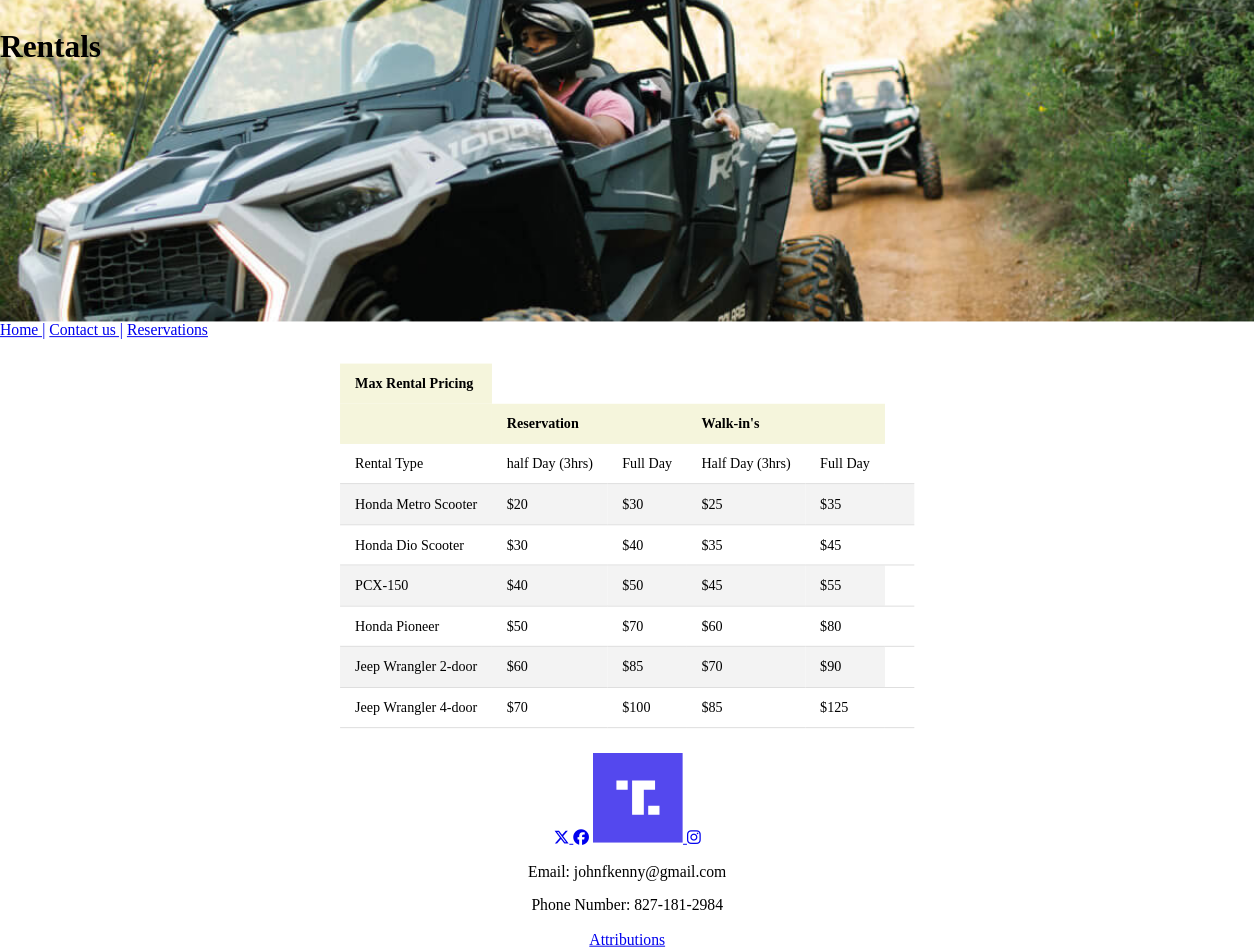
Repository: nak97/WDD230
Page: scoots/rentals-page/rentals-page.html
These files come from the project's save history. The page is drawn as it stood at one moment and after the next save; the edit follows.
The browser window is 1280 px wide. The pictures show the whole page, at 98% of full size.
Some web libraries are served in a nearby version.

Above is the page before, as saved 2023-12-11 17:27:20.

### scoots/rentals-page/rentals-page.html
<!DOCTYPE html>
<html lang="en">
<head>
  <meta charset="UTF-8">
  <meta name="viewport" content="width=device-width, initial-scale=1.0">
  <title>Nick Keen - WDD 230 - Web Frontend Development</title>
  <meta name="description" content="WDD 230 - Nicholas Keen  - Web Frontend Final Project">
  <meta name="author" content="Nicholas Keen">
  <meta property="og:title" content="facebook"/>
  <meta property="og:type" content="website" />
  <meta property="og:url" content="facebook.com" />
  <meta property="og:image" content="images/facebook-meta-tag-pic.png" />
  <link rel="stylesheet" href="styles/base.css">
  <link rel="stylesheet" href="styles/media.css">
  <link rel="stylesheet" href="styles/normalize.css">
</head>
<body>

  <header>
<h1>Rentals</h1>
  </header>

  <nav>
<a href="../home-page/home.html">Home |</a>
<a href="../contact/contact.html">Contact us |</a>
<a href="../reservations/reservations.html">Reservations</a>
  </nav>

  <main>

    <section class="flex-container">
    <table class="content-table">
      <thead>
        <tr>
          <td>  Max Rental Pricing</td></tr>
          <td></td>
          <td colspan="2"> Reservation</td>
          <td colspan="2">Walk-in's</td>
      </tr>
      </thead>
      <tbody>
        <tr>
          <td>Rental Type</td>
          <td>half Day (3hrs)</td>
          <td>Full Day</td>
          <td>Half Day (3hrs)</td>
          <td>Full Day</td>
      </tr>
        <tr>
        <td>Honda Metro Scooter</td>
        <td><span id="price-half-metro"></span></td>
        <td><span id="price-f-metro"></span></td>
        <td><span id="price-h-w"> </span></td>
        <td id="price-f-w"> </td>
        <td></td>
      </tr>
        <tr>
          <td>Honda Dio Scooter</td>
          <td> <span id="dio-h-r"></span></td>
          <td> <span id="dio-f-r"></span></td>
          <td> <span id="dio-h-w"></span></td>
          <td> <span id="dio-f-w"></span></td>
          <td></td>
        </tr>
        <tr>
          <td>PCX-150</td>
          <td> <span id="pcx-h-r"></span></td>
          <td> <span id="pcx-f-r"></span></td>
          <td> <span id="pcx-h-w"></span></td>
          <td> <span id="pcx-f-w"></span></td>
        </tr>
        <tr>
          <td>Honda Pioneer</td>
          <td> <span id="pioneer-h-r"></span></td>
          <td> <span id="pioneer-f-r"></span></td>
          <td> <span id="pioneer-h-w"></span></td>
          <td> <span id="pioneer-f-w"></span></td>
        </tr>
        <tr>
          <td>Jeep Wrangler 2-door</td>
          <td> <span id="jeep-two-h-r"></span></td>
          <td> <span id="jeep-two-f-r"></span></td>
          <td> <span id="jeep-two-h-w"></span></td>
          <td> <span id="jeep-two-f-w"></span></td>
        </tr>
        <tr>
        <td>Jeep Wrangler 4-door</td>
        <td> <span id="jeep-four-h-r"></span></td>
        <td> <span id="jeep-four-f-r"></span></td>
        <td> <span id="jeep-four-h-w"></span></td>
        <td> <span id="jeep-four-f-w"></span></td>
        </tr>






      </tbody>





    </table>



  </section>


















  </main>





<footer>

  <a href="https://twitter.com/" target="_blank" > <i class="fa-brands fa-x-twitter"></i> </a>
  <a href="https://www.facebook.com" target="_blank"><i class="fa-brands fa-facebook"></i></a>
  <a href="https://truthsocial.com/" target="_blank"> <img class="truth-social-icon" src="images/truth-social.svg" alt="truth social"> </a>
  <a href="https://www.instagram.com/" target="_blank"><i class="fa-brands fa-instagram"></i></a>

<section class="info">
<p>Email: johnfkenny@gmail.com</p>
<p>Phone Number: 827-181-2984</p>
<a href="attributions.html" target="_blank">Attributions</a>
</section>


</footer>



<script src="./scripts/pricing.js"></script>
<script src="https://kit.fontawesome.com/615002bc5f.js" crossorigin="anonymous"></script>
</body>


</html>

### scoots/rentals-page/styles/base.css
header {
  background-image: url(../images/OHV-SEO-1152x768.jpg);
  background-repeat: no-repeat;
  height: 20rem;
  background-position: 10% 67%;
  background-size: cover;
  margin-top: 0 ;
  padding-top: 0.5rem;
}


.content-table {
  border-collapse: collapse;
  margin: 25px 0;
  font-size: 0.9em;
  min-width: 400px;
}

.content-table thead tr {
  background-color: beige;
  color: black;
  text-align: left;
  font-weight: bold;
}

.content-table th {

}

.flex-container {
  display: flex;
  justify-content: center;
}


.content-table td{
  padding:12px 15px;
}

.content-table tbody tr {
  border-bottom: 1px solid #dddddd;

}

.content-table tbody tr:nth-of-type(even){
  background-color: #f3f3f3;
}

footer {
  text-align: center;
}

### scoots/rentals-page/scripts/pricing.js
const url = './data/pricing.json'
async function getPrice() {
 const response = await fetch(url);
 const data = await response.json();
 console.log(data)

// metro scooter
 document.getElementById('price-half-metro').innerText = data.reservation[0].hd;
 document.getElementById('price-f-metro').innerText = data.reservation[0].fd ;
 document.getElementById('price-h-w').innerText = data.walk[0].hd;
 document.getElementById('price-f-w').innerText = data.walk[0].fd;

// dio scooter
 document.getElementById('dio-h-r').innerText = data.reservation[1].hd;
 document.getElementById('dio-f-r').innerText = data.reservation[1].fd;
 document.getElementById('dio-h-w').innerText = data.walk[1].hd;
 document.getElementById('dio-f-w').innerText = data.walk[1].fd;

//  pxc150
document.getElementById('pcx-h-r').innerText = data.reservation[2].hd;
document.getElementById('pcx-f-r').innerText = data.reservation[2].fd;
document.getElementById('pcx-h-w').innerText = data.walk[2].hd;
document.getElementById('pcx-f-w').innerText = data.walk[2].fd;

// pioneer
document.getElementById('pioneer-h-r').innerText = data.reservation[3].hd;
document.getElementById('pioneer-f-r').innerText = data.reservation[3].fd;
document.getElementById('pioneer-h-w').innerText = data.walk[3].hd;
document.getElementById('pioneer-f-w').innerText = data.walk[3].fd;

// jeep 2-door
document.getElementById('jeep-two-h-r').innerText = data.reservation[5].hd;
document.getElementById('jeep-two-f-r').innerText = data.reservation[5].fd;
document.getElementById('jeep-two-h-w').innerText = data.walk[5].hd;
document.getElementById('jeep-two-f-w').innerText = data.walk[5].fd;

// jeep 4-door
document.getElementById('jeep-four-h-r').innerText = data.reservation[4].hd;
document.getElementById('jeep-four-f-r').innerText = data.reservation[4].fd;
document.getElementById('jeep-four-h-w').innerText = data.walk[4].hd;
document.getElementById('jeep-four-f-w').innerText = data.walk[4].fd;
}
getPrice();

### scoots/rentals-page/data/pricing.json
{
  "reservation":[
      {
        "type": "Honda Metro Scooter ",
        "hd": "$20",
        "fd": "$30"
      },

      {
        "type": " Honda Dio Scooter",
        "hd": "$30 ",
        "fd": "$40 "
      },

      {
        "type": " Honda CX150 Scooter",
        "hd": "$40 ",
        "fd": "$50 "
      },


      {
        "type": " Honda Pioneer",
        "hd": "$50 ",
        "fd": "$70 "
      },

      {
        "type": " Jeep Wrangler - 4 door with a/c",
        "hd": "$70 ",
        "fd": "$100 "
      },

      {
        "type": " Jeep Wrangler - 2 door ",
        "hd": "$60 ",
        "fd": "$85 "
      }
  ],

  "walk":[
{
  "type": "Honda Metro Scooter ",
  "hd": "$25",
  "fd": "$35"
},

{
  "type": " Honda Dio Scooter",
  "hd": "$35 ",
  "fd": "$45 "
},

{
  "type": " Honda CX150 Scooter",
  "hd": "$45 ",
  "fd": "$55 "
},

{
  "type": " Honda Pioneer",
  "hd": "$60 ",
  "fd": "$80 "
},

{
  "type": " Jeep Wrangler - 4 door with a/c",
  "hd": "$85 ",
  "fd": "$125 "
},

{
  "type": " Jeep Wrangler - 2 door ",
  "hd": "$70 ",
  "fd": "$90 "
}

  ]
}

Loaded but not shown: scoots/rentals-page/styles/normalize.css (library); scoots/rentals-page/styles/media.css (no stored copy; drawn as an empty file)

After the next save:
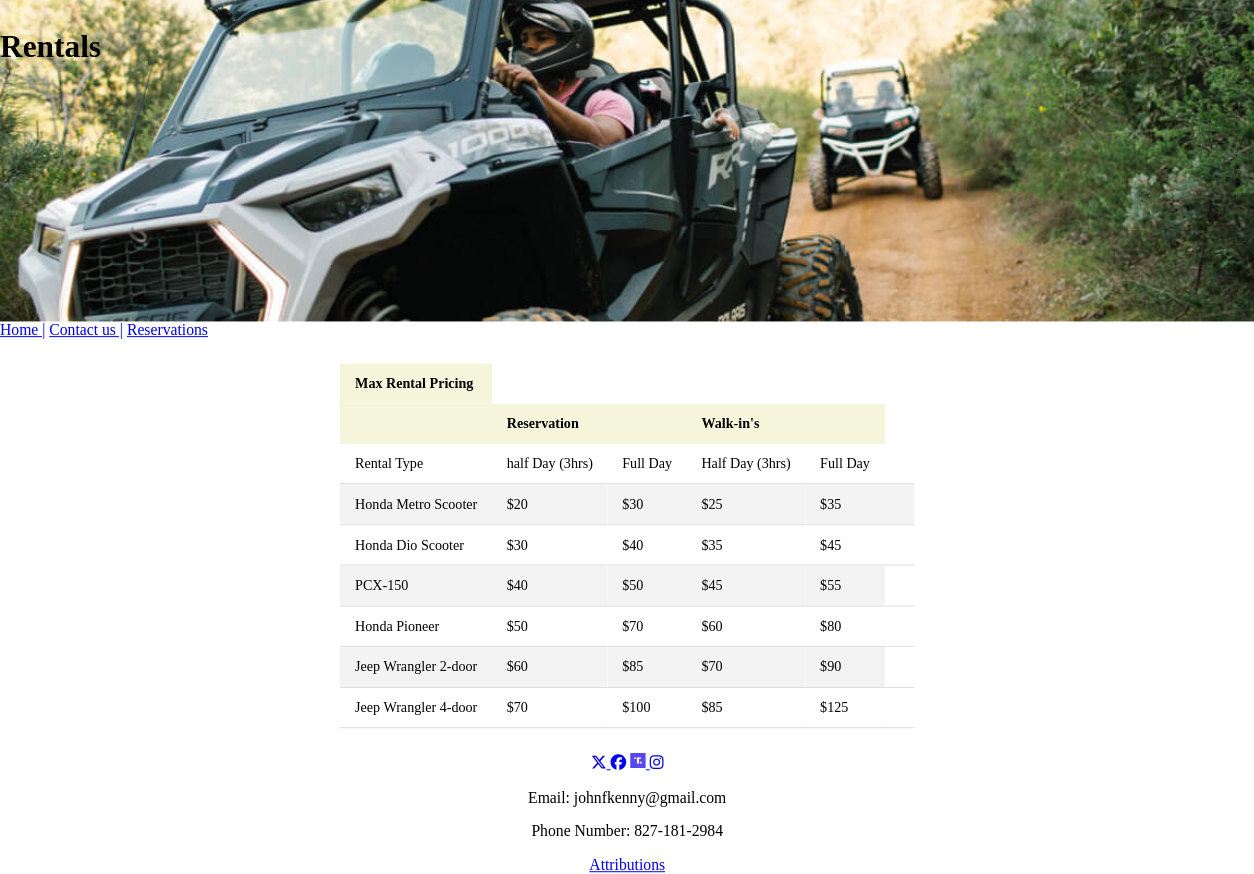
Saved 108 s later.
--- a/scoots/rentals-page/styles/base.css
+++ b/scoots/rentals-page/styles/base.css
@@ -49,3 +49,7 @@ header {
 footer {
   text-align: center;
 }
+
+.truth-social-icon {
+  height: 1rem;
+}
